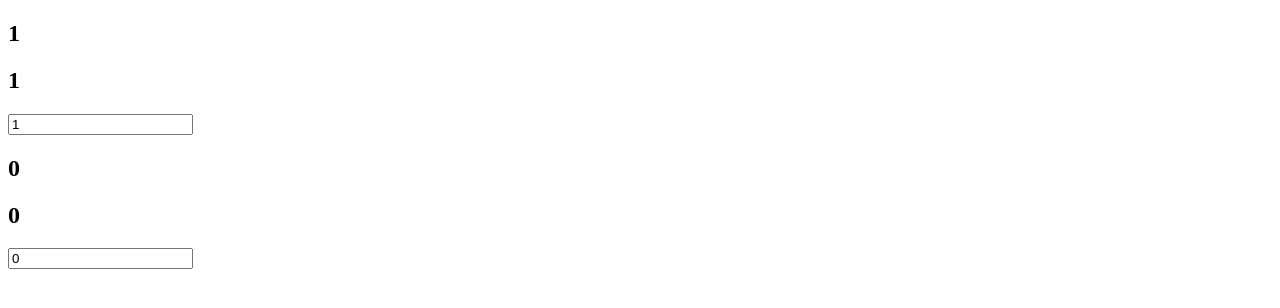
Repository: dashuizun/myProject
Page: Vue/VueZong/cs.html
An editor plug-in stored every save of this project. The page is shown before and after the next save, followed by the edit.
The browser window is 1280 px wide. The pictures show the whole page.

Above is the page before, as saved 2020-11-05 11:53:59.

After the next save:
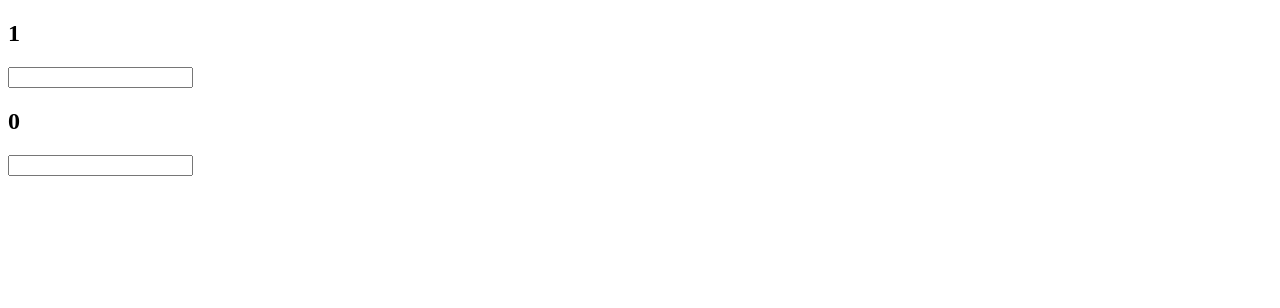
Saved 45 s later.
--- a/Vue/VueZong/cs.html
+++ b/Vue/VueZong/cs.html
@@ -43,8 +43,8 @@
           },
           data() {
             return {
-              dnumber1: this.number1,
-              dnumber2: this.number2
+              dnumber1: parseFloat(number1),
+              dnumber2: parseFloat(number2),
             }
           },
           methods: {

After the save that followed:
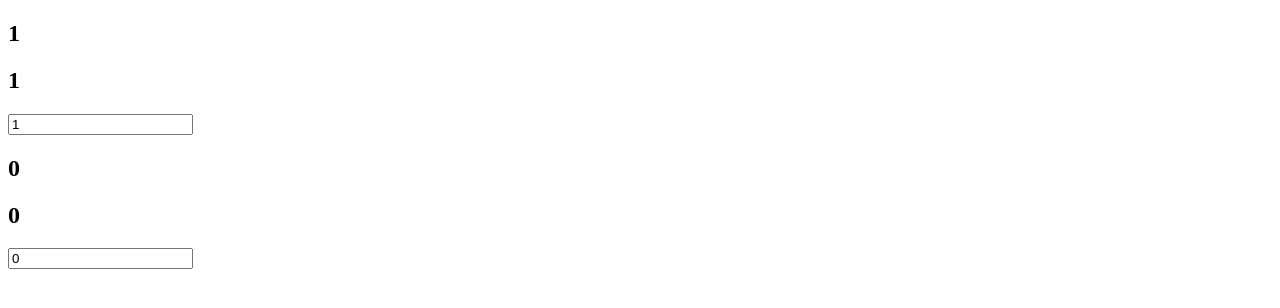
Saved 39 s later.
--- a/Vue/VueZong/cs.html
+++ b/Vue/VueZong/cs.html
@@ -43,18 +43,18 @@
           },
           data() {
             return {
-              dnumber1: parseFloat(number1),
-              dnumber2: parseFloat(number2),
+              dnumber1: this.number1,
+              dnumber2: this.number2
             }
           },
           methods: {
             numinput1(event) {
               this.dnumber1 = event.target.value
-              this.$emit('num1change', dnumber1)
+              this.$emit('num1change', this.dnumber1)
             },
             numinput2(event) {
               this.dnumber2 = event.target.value
-              this.$emit('num2change', dnumber2)
+              this.$emit('num2change', this.dnumber2)
             }
           }
         }
